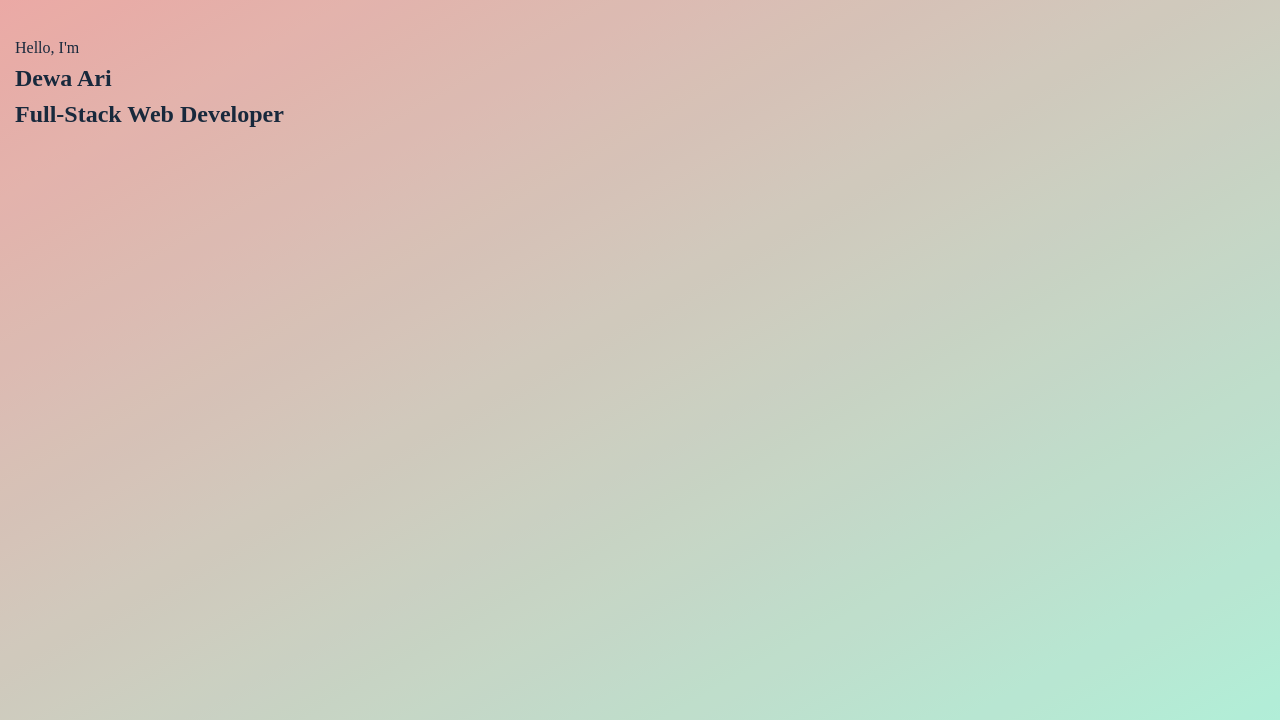
Repository: dewaary/Glassmorp-me
Page: index.html
These files come from the project's save history. The page is drawn as it stood at one moment and after the next save; the edit follows.
The browser window is 1280 px wide. The pictures show the whole page.

Above is the page before, as saved 2021-05-12 22:02:07.

After the next save:
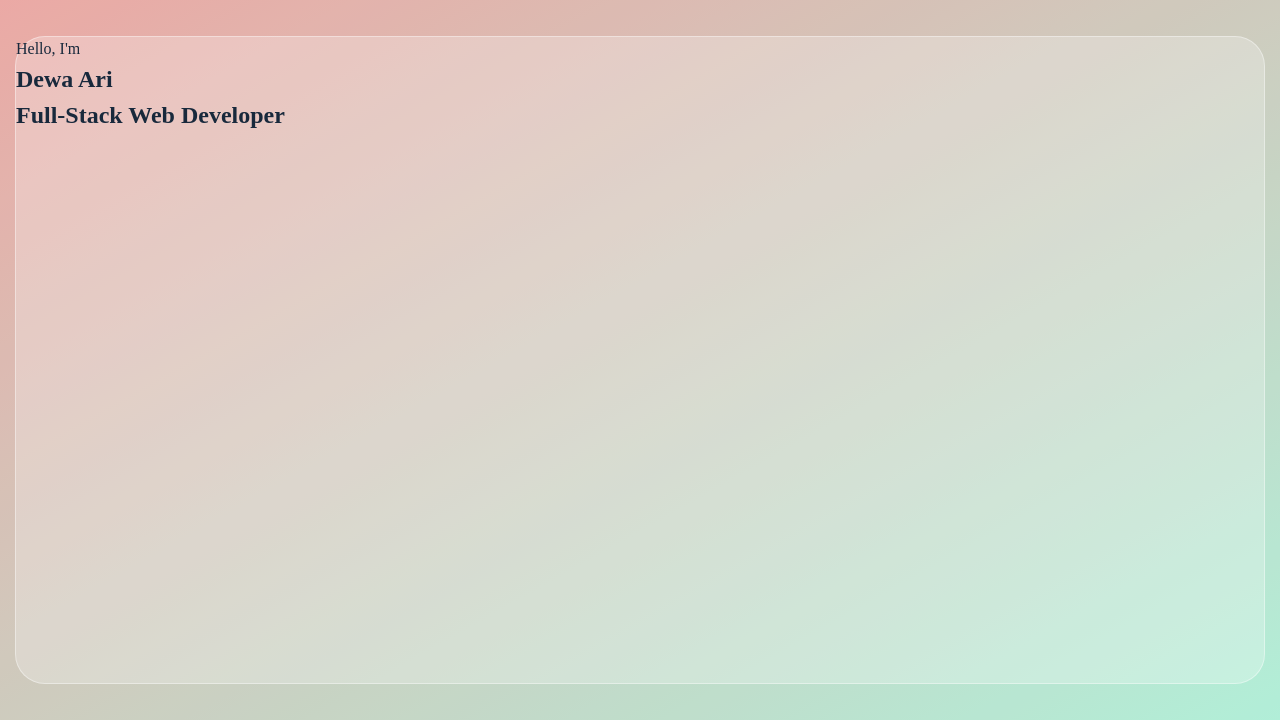
Saved 63 s later.
--- a/style.css
+++ b/style.css
@@ -49,4 +49,9 @@ body::before{
     opacity: 0.12;
 }
 
-.
+section {
+    background-color: var(--white-alpha-25);
+    border: 1px solid var(--white-alpha-40);
+    min-height: 90vh;
+    border-radius: 30px;
+}
